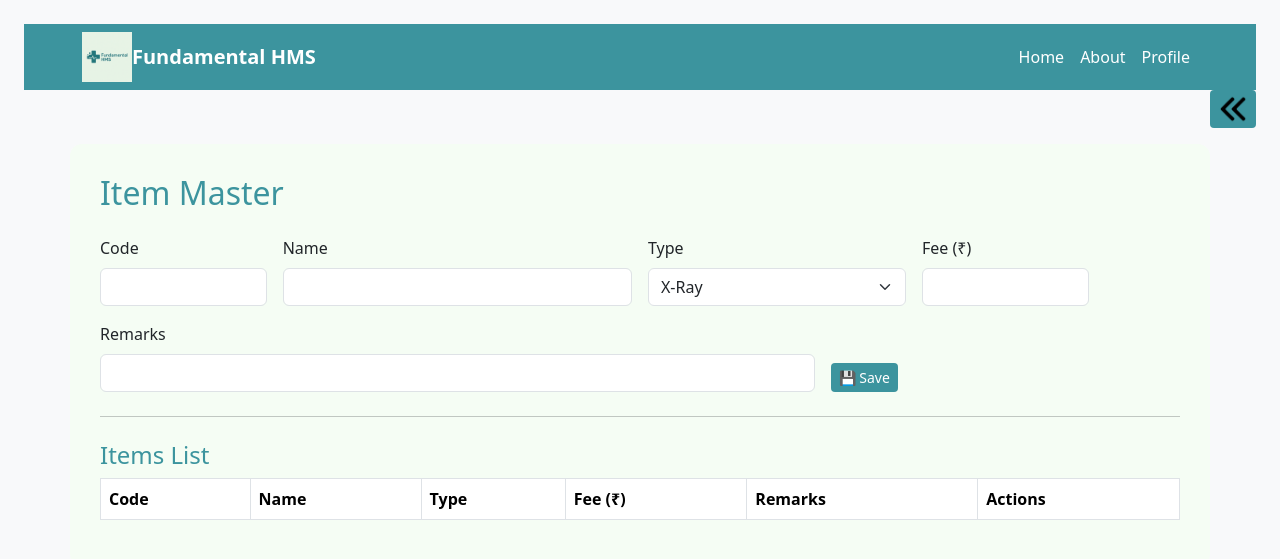
Repository: NAGENDRAN0/New
Page: http://localhost/master
The author's editor kept a copy of each file at every save. The page is drawn from the files as they stood at one save, then again after the next save.
The browser window is 1280 px wide. The pictures show the whole page.
The page is this project's Thymeleaf template; nobody is signed in. The template is opened directly, without the code that normally fills it, so the values that code supplies are empty.

Above is the page before, as saved 2025-05-15 11:04:19.

### Documents/workspace-spring-tool-suite-4-4.25.0.RELEASE/HMS/src/main/resources/templates/master.html
<!DOCTYPE html>
<html lang="en">
<head>
  <meta charset="UTF-8" />
  <title>Billing Item Master</title>
  <link href="https://cdn.jsdelivr.net/npm/bootstrap@5.3.3/dist/css/bootstrap.min.css" rel="stylesheet" />
  <link rel="stylesheet" href="/css/master.css" />
</head>
<body class="bg-light p-4">
	<nav class="navbar navbar-expand-lg navbar-dark" style="background-color: #3C949E;">
			<div class="container d-flex align-items-center">
				<img th:src=@{/image/Logo.png} class="logo" width="50" height="50"/>
				<a class="navbar-brand d-flex align-items-center" th:href="@{/}" style="color: white; font-weight: bold;">Fundamental HMS</a>
				<button class="navbar-toggler" type="button" data-bs-toggle="collapse" data-bs-target="#navbarNav"
					aria-controls="navbarNav" aria-expanded="false" aria-label="Toggle navigation">
					<span class="navbar-toggler-icon"></span>
				</button>
				<div class="collapse navbar-collapse" id="navbarNav">
					<ul class="navbar-nav ms-auto">
						<li class="nav-item">
							<a class="nav-link active" th:href="@{/}" style="color: white;">Home</a>
						</li>
						<li class="nav-item">
							<a class="nav-link" th:href="@{/features}" style="color: white;">About</a>
						</li>
						<li class="nav-item">
							<a class="nav-link" th:href="@{/contact}" style="color: white;">Profile</a>
						</li>
					</ul>
				</div>
			</div>
		</nav>
	<div class="d-flex justify-content-end mb-3">
	  <a href="/" class="btn btn-sm btn-custom"> <img src="/image/back.png" height="30" width="30"/> </a>
	</div>

  <div class="container" style="background-color: #f5fdf4; border-radius: 12px; padding: 30px;">
    <h2 class="mb-4 text-primary-custom">Item Master</h2>
	<div th:if="${successMessage}" class="alert alert-success" style="text-align: center;">
				<p th:text="${successMessage}"></p>
			</div>

	<form th:object="${master}" th:action="@{/master/save}" method="post" class="row g-3">
      <div class="col-md-2">
        <label class="form-label">Code</label>
        <input type="text" id="code" class="form-control" th:field="*{itemcode}" name="itemcode" required />
      </div>
      <div class="col-md-4">
        <label class="form-label">Name</label>
        <input type="text" id="name" class="form-control" th:field="*{itemname}" name="itemname" required />
      </div>
      <div class="col-md-3">
        <label class="form-label">Type</label>
        <select id="type" class="form-select" th:field="*{type}" name="type" required>
          <option value="x-ray">X-Ray</option>
          <option value="scan">Scan</option>
          <option value="lab">Lab</option>
          <option value="consultation">Consultation</option>
          <option value="other">Other</option>
        </select>
      </div>
      <div class="col-md-2">
        <label class="form-label">Fee (₹)</label>
        <input type="number" id="fee" class="form-control" th:field="*{fee}" name="fee" required />
      </div>
      <div class="col-md-8">
        <label class="form-label">Remarks</label>
        <input type="text" id="remarks" th:field="*{remarks}" name="remarks" class="form-control" />
      </div>
      <div class="col-md-4 d-flex align-items-end">
        <button type="submit" class="btn btn-sm btn-custom ">💾 Save</button>
      </div>
    </form>

    <hr class="my-4" />

    <h4 class="text-primary-custom">Items List</h4>
    <table class="table table-bordered table-striped">
      <thead class="table-custom">
        <tr>
          <th>Code</th>
          <th>Name</th>
          <th>Type</th>
          <th>Fee (₹)</th>
          <th>Remarks</th>
          <th>Actions</th>
        </tr>
      </thead>
	  <tbody>
	      <tr th:each="item : ${masterList}">
	        <td th:text="${item.itemcode}"></td>
	        <td th:text="${item.itemname}"></td>
	        <td th:text="${item.type}"></td>
	        <td th:text="${item.fee}"></td>
	        <td th:text="${item.remarks}"></td>
	        <td>
	          <!-- You can add Edit/Delete actions here if needed -->
	        </td>
	      </tr>
	    </tbody>
    </table>
  </div>

  <!--<script>
    let items = [];

    function saveItem(event) {
      event.preventDefault();
      const code = document.getElementById("code").value.trim();
      const name = document.getElementById("name").value.trim();
      const type = document.getElementById("type").value;
      const fee = parseFloat(document.getElementById("fee").value);
      const remarks = document.getElementById("remarks").value.trim();

      const item = { code, name, type, fee, remarks };
      const index = items.findIndex(i => i.code === code);

      if (index >= 0) {
        items[index] = item;
      } else {
        items.push(item);
      }

      renderTable();
      document.getElementById("billingItemForm").reset();
    }

    function renderTable() {
      const tbody = document.getElementById("itemTableBody");
      tbody.innerHTML = "";
      items.forEach((item, index) => {
        const row = document.createElement("tr");
        row.innerHTML = `
          <td>${item.code}</td>
          <td>${item.name}</td>
          <td>${item.type}</td>
          <td>${item.fee.toFixed(2)}</td>
          <td>${item.remarks}</td>
          <td>
            <button class="btn btn-sm btn-warning me-1" onclick="editItem(${index})">Edit</button>
            <button class="btn btn-sm btn-danger" onclick="deleteItem(${index})">Delete</button>
          </td>
        `;
        tbody.appendChild(row);
      });
    }

    function editItem(index) {
      const item = items[index];
      document.getElementById("code").value = item.code;
      document.getElementById("name").value = item.name;
      document.getElementById("type").value = item.type;
      document.getElementById("fee").value = item.fee;
      document.getElementById("remarks").value = item.remarks;
    }

    function deleteItem(index) {
      if (confirm("Are you sure you want to delete this item?")) {
        items.splice(index, 1);
        renderTable();
      }
    }
  </script>-->
</body>
</html>

### Documents/workspace-spring-tool-suite-4-4.25.0.RELEASE/HMS/src/main/resources/static/css/master.css
body {
  background-color: #f5fdf4;
}

.text-primary-custom {
  color: #3C949E;
}

.btn-custom {
  background-color: #3C949E;
  color: white;
  border: none;
}

.btn-custom:hover {
  background-color: #337f87;
}

.table-custom {
  background-color: #3C949E;
  color: white;
}

After the next save:
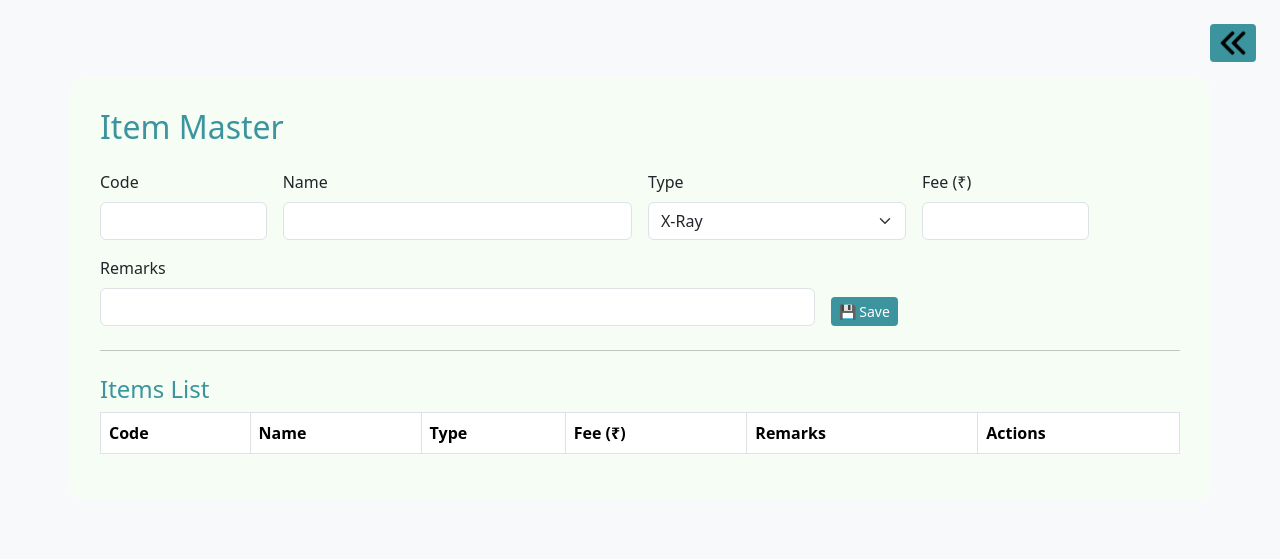
Saved 21 s later.
--- a/Documents/workspace-spring-tool-suite-4-4.25.0.RELEASE/HMS/src/main/resources/templates/master.html
+++ b/Documents/workspace-spring-tool-suite-4-4.25.0.RELEASE/HMS/src/main/resources/templates/master.html
@@ -7,29 +7,7 @@
   <link rel="stylesheet" href="/css/master.css" />
 </head>
 <body class="bg-light p-4">
-	<nav class="navbar navbar-expand-lg navbar-dark" style="background-color: #3C949E;">
-			<div class="container d-flex align-items-center">
-				<img th:src=@{/image/Logo.png} class="logo" width="50" height="50"/>
-				<a class="navbar-brand d-flex align-items-center" th:href="@{/}" style="color: white; font-weight: bold;">Fundamental HMS</a>
-				<button class="navbar-toggler" type="button" data-bs-toggle="collapse" data-bs-target="#navbarNav"
-					aria-controls="navbarNav" aria-expanded="false" aria-label="Toggle navigation">
-					<span class="navbar-toggler-icon"></span>
-				</button>
-				<div class="collapse navbar-collapse" id="navbarNav">
-					<ul class="navbar-nav ms-auto">
-						<li class="nav-item">
-							<a class="nav-link active" th:href="@{/}" style="color: white;">Home</a>
-						</li>
-						<li class="nav-item">
-							<a class="nav-link" th:href="@{/features}" style="color: white;">About</a>
-						</li>
-						<li class="nav-item">
-							<a class="nav-link" th:href="@{/contact}" style="color: white;">Profile</a>
-						</li>
-					</ul>
-				</div>
-			</div>
-		</nav>
+
 	<div class="d-flex justify-content-end mb-3">
 	  <a href="/" class="btn btn-sm btn-custom"> <img src="/image/back.png" height="30" width="30"/> </a>
 	</div>

After the save that followed:
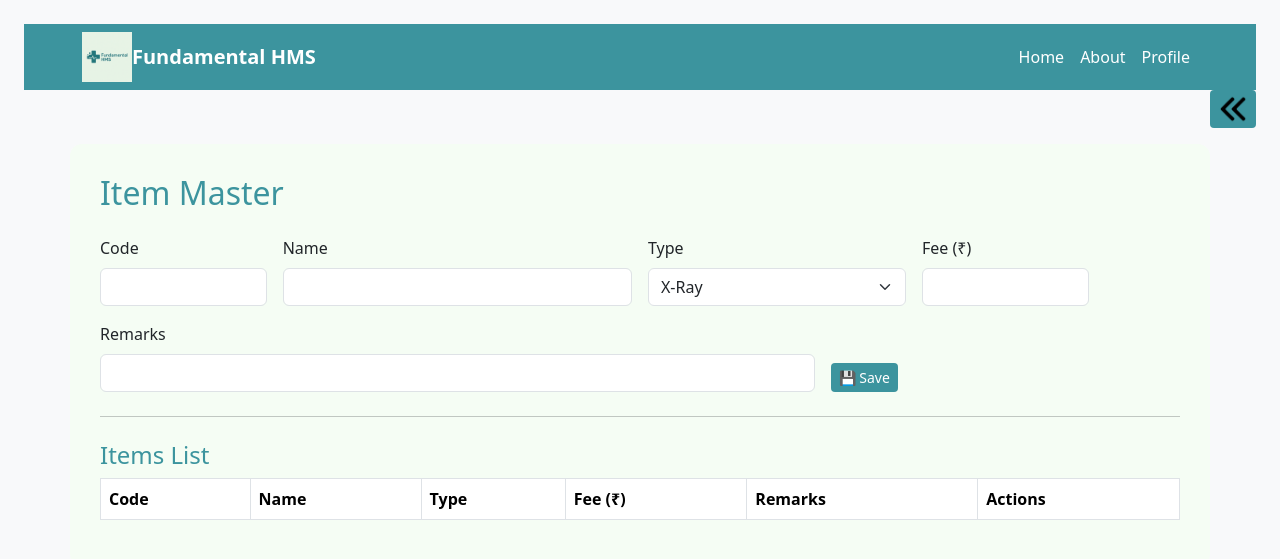
Saved 85 s later.
--- a/Documents/workspace-spring-tool-suite-4-4.25.0.RELEASE/HMS/src/main/resources/templates/master.html
+++ b/Documents/workspace-spring-tool-suite-4-4.25.0.RELEASE/HMS/src/main/resources/templates/master.html
@@ -7,7 +7,29 @@
   <link rel="stylesheet" href="/css/master.css" />
 </head>
 <body class="bg-light p-4">
-
+	<nav class="navbar navbar-expand-lg navbar-dark" style="background-color: #3C949E;">
+			<div class="container d-flex align-items-center">
+				<img th:src=@{/image/Logo.png} class="logo" width="50" height="50"/>
+				<a class="navbar-brand d-flex align-items-center" th:href="@{/}" style="color: white; font-weight: bold;">Fundamental HMS</a>
+				<button class="navbar-toggler" type="button" data-bs-toggle="collapse" data-bs-target="#navbarNav"
+					aria-controls="navbarNav" aria-expanded="false" aria-label="Toggle navigation">
+					<span class="navbar-toggler-icon"></span>
+				</button>
+				<div class="collapse navbar-collapse" id="navbarNav">
+					<ul class="navbar-nav ms-auto">
+						<li class="nav-item">
+							<a class="nav-link active" th:href="@{/}" style="color: white;">Home</a>
+						</li>
+						<li class="nav-item">
+							<a class="nav-link" th:href="@{/features}" style="color: white;">About</a>
+						</li>
+						<li class="nav-item">
+							<a class="nav-link" th:href="@{/contact}" style="color: white;">Profile</a>
+						</li>
+					</ul>
+				</div>
+			</div>
+		</nav>
 	<div class="d-flex justify-content-end mb-3">
 	  <a href="/" class="btn btn-sm btn-custom"> <img src="/image/back.png" height="30" width="30"/> </a>
 	</div>
